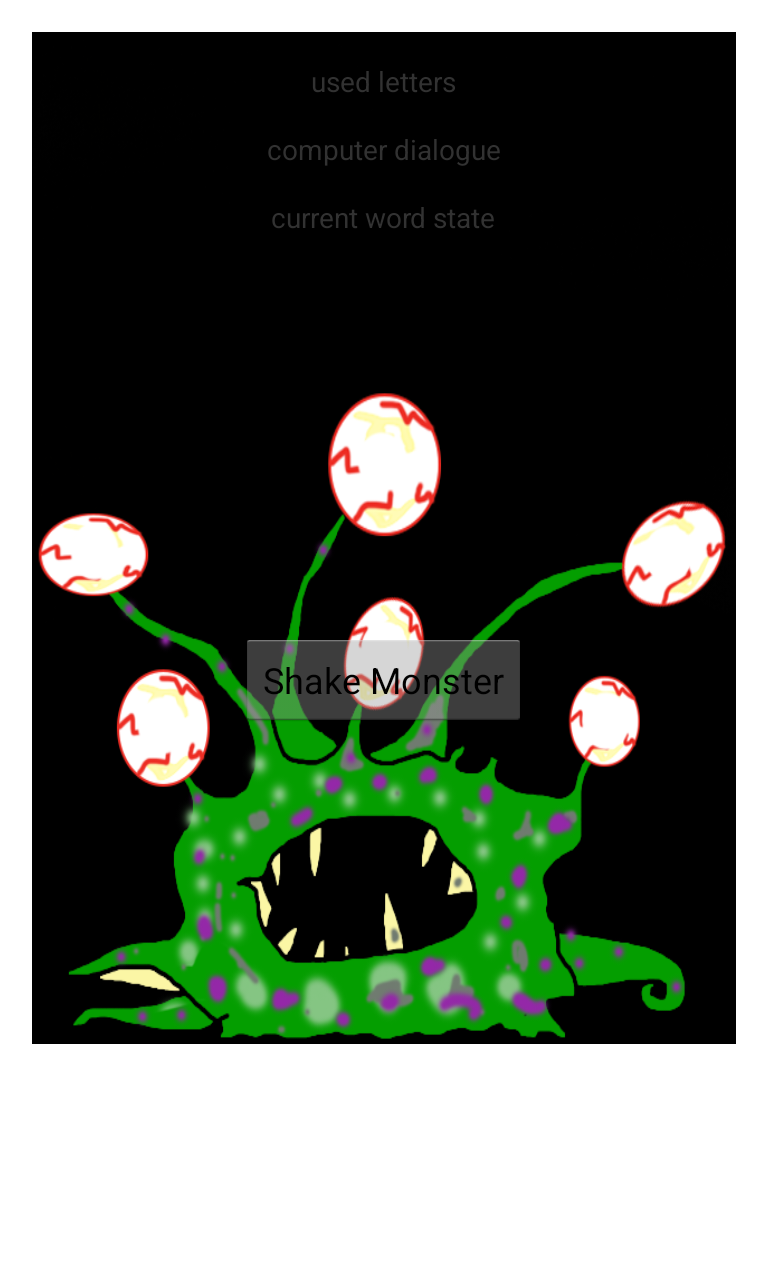
Repository: svandenhout/EvilSpaceMonsterHangman
Layout: evilSpaceMonsterHangman/res/layout/activity_main.xml
The author's editor kept a copy of each file at every save. The layout is drawn from the files as they stood at one save, then again after the next save.
It is drawn on a 768 x 1280 px phone screen (xhdpi) without system bars, with theme AppTheme; the app's code is not run.

Above is the layout before, as saved 2013-12-17 09:14:53.

### evilSpaceMonsterHangman/res/layout/activity_main.xml
<RelativeLayout xmlns:android="http://schemas.android.com/apk/res/android"
              xmlns:tools="http://schemas.android.com/tools"
              android:layout_width="match_parent"
              android:layout_height="match_parent"
              android:paddingLeft="@dimen/activity_horizontal_margin"
              android:paddingRight="@dimen/activity_horizontal_margin"
              android:paddingTop="@dimen/activity_vertical_margin"
              android:paddingBottom="@dimen/activity_vertical_margin"
              tools:context=".MainActivity"
              android:orientation="vertical">

    <ImageView
        android:id="@+id/space_monster"
        android:layout_width="wrap_content"
        android:layout_height="wrap_content"
        android:background="@drawable/spacemonster"
        android:layout_centerHorizontal="true"/>

    <TextView
            android:id="@+id/usedLetters"
            android:layout_width="wrap_content"
            android:layout_height="wrap_content"
            android:text="@string/used_letters"
            android:layout_centerHorizontal="true"
            android:layout_marginTop="15dp"/>

    <TextView
            android:id="@+id/computerDialogue"
            android:layout_width="wrap_content"
            android:layout_height="wrap_content"
            android:layout_centerHorizontal="true"
            android:text="@string/computer_dialogue"
            android:layout_below="@+id/usedLetters"
            android:layout_marginTop="15dp"/>

    <TextView
            android:id="@+id/currentWordState"
            android:layout_width="wrap_content"
            android:layout_height="wrap_content"
            android:layout_below="@id/computerDialogue"
            android:text="@string/current_word_state"
            android:layout_centerHorizontal="true"
            android:layout_marginTop="15dp"/>

    <Button
        android:id="@+id/eye_6"
        android:layout_width="50dp"
        android:layout_height="50dp"
        android:layout_alignParentLeft="true"
        android:layout_marginTop="150dp"
        android:background="@null"/>

    <Button
        android:id="@+id/eye_2"
        android:layout_width="50dp"
        android:layout_height="50dp"
        android:layout_marginTop="150dp"
        android:layout_alignParentRight="true"
        android:background="@null"/>

    <Button
        android:id="@+id/eye_5"
        android:layout_width="50dp"
        android:layout_height="50dp"
        android:layout_alignLeft="@+id/eye_6"
        android:layout_below="@+id/eye_6"
        android:layout_marginLeft="30dp"
        android:layout_marginTop="10dp"
        android:background="@null"/>

    <Button
        android:id="@+id/eye_3"
        android:layout_width="50dp"
        android:layout_height="50dp"
        android:layout_centerHorizontal="true"
        android:layout_marginTop="120dp"
        android:background="@null"/>

    <Button
        android:id="@+id/eye_1"
        android:layout_width="50dp"
        android:layout_height="50dp"
        android:layout_alignRight="@+id/eye_2"
        android:layout_below="@+id/eye_2"
        android:layout_marginRight="30dp"
        android:layout_marginTop="10dp"
        android:background="@null"/>

    <Button
        android:id="@+id/eye_4"
        android:layout_width="50dp"
        android:layout_height="50dp"
        android:layout_below="@+id/eye_3"
        android:layout_centerHorizontal="true"
        android:layout_marginTop="15dp"
        android:background="@null"/>

    <Button
        android:id="@+id/shake_button"
        android:layout_width="wrap_content"
        android:layout_height="wrap_content"
        android:layout_centerHorizontal="true"
        android:layout_marginTop="300dp"
        android:text="@string/shake_monster"/>



</RelativeLayout>

### evilSpaceMonsterHangman/res/values/strings.xml
<?xml version="1.0" encoding="utf-8"?>
<resources>

    <string name="app_name" >Hangman
    </string>

    <!-- settings & preferences -->
    <string name="hi_scores" >hi-scores
    </string>
    <string name="settings" >settings
    </string>
    <string name="reset" >reset game
    </string>

    <string name="title_user_name" >user name
    </string>
    <string name="title_word_length">word length
    </string>
    <string name="title_amount_of_turns">amount of turns
    </string>
    <string name="title_evil_mode">Evil Mode
    </string>

    <string name="summary_user_name">set your user name here
    </string>
    <string name="summary_word_length">set the length of the words that you want to use
    </string>
    <string name="summary_amount_of_turns">set the amount of turns until you lose
    </string>
    <string name="summary_evil_mode">Start playing Evil Mode, You will not win
    </string>

    <string name="dialog_user_name" >user name:
    </string>
    <string name="dialog_word_length">word length:
    </string>
    <string name="dialog_amount_of_turns">amount of turns:
    </string>
    <string name="dialog_evil_mode">Evil Mode?
    </string>


    <!-- game ui -->
    <string name="current_word" >current word
    </string>
    <string name="current_word_state" >current word state
    </string>
    <string name="used_letters" >used letters
    </string>
    <string name="computer_dialogue">computer dialogue</string>
    <string name="button_text">~</string>
    <string name="shake_monster">Shake Monster</string>

    <!-- game states -->
    <string name="game_won">game won
    </string>
    <string name="game_lost">game lost
    </string>

    <!-- computer monologue -->
    <string name="cmonologue_start">Pick a letter to start playing</string>
    <string name="cmonologue_used">This letter has already been used, try again</string>
    <string name="cmonologue_invalid">WHAT THE HELL IS THAT!?, try another one</string>
    <string name="cmonologue_wrong">Wrong guess, pick again</string>
    <string name="cmonologue_correct">Lucky, why don\'t you try again?</string>
    <string name="cmonologue_won">:((</string>
    <string name="cmonologue_lost">:-)</string>
</resources>

Loaded but not shown: evilSpaceMonsterHangman/res/values/styles.xml (common file); evilSpaceMonsterHangman/res/values-v11/styles.xml (common file); evilSpaceMonsterHangman/res/values-v14/styles.xml (common file); evilSpaceMonsterHangman/res/values/dimens.xml (common file)

After the next save:
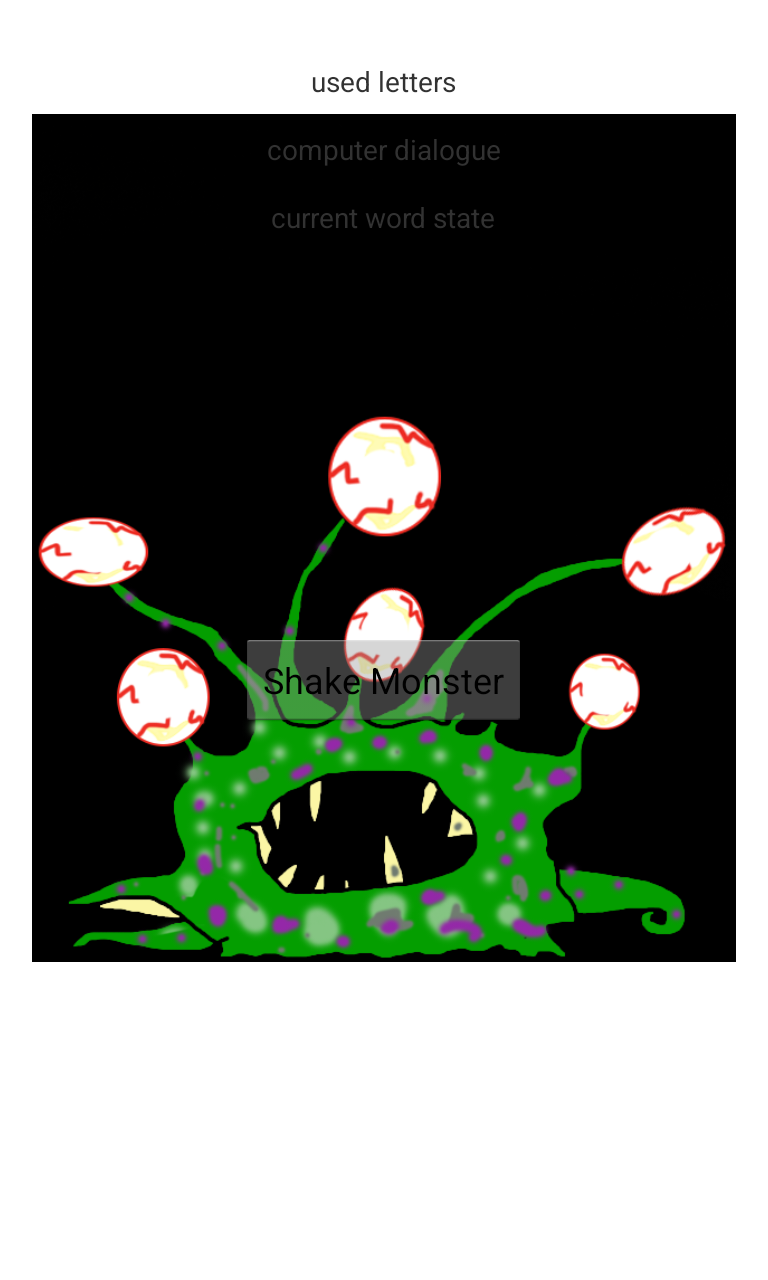
Saved 53 s later.
--- a/evilSpaceMonsterHangman/res/layout/activity_main.xml
+++ b/evilSpaceMonsterHangman/res/layout/activity_main.xml
@@ -13,7 +13,7 @@
         android:id="@+id/space_monster"
         android:layout_width="wrap_content"
         android:layout_height="wrap_content"
-        android:background="@drawable/spacemonster"
+        android:src="@drawable/spacemonster"
         android:layout_centerHorizontal="true"/>
 
     <TextView
